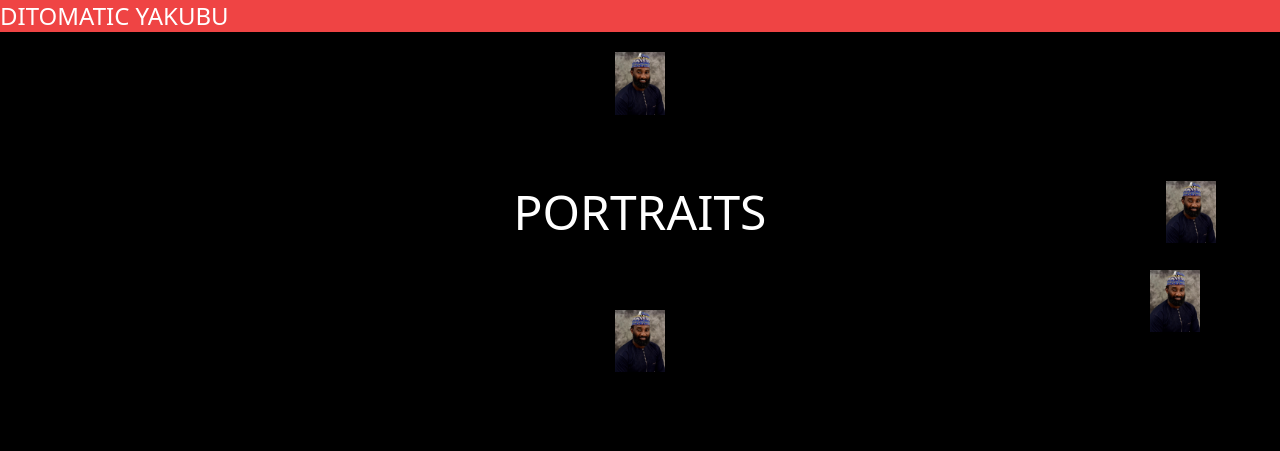
Repository: latenightsnacc/Ditomatic-Demo
Page: home.html
An editor plug-in stored every save of this project. The page is shown before and after the next save, followed by the edit.
The browser window is 1280 px wide. The pictures show the whole page.
Some web libraries are served in a nearby version.

Above is the page before, as saved 2021-02-24 11:24:36.

### home.html
<!DOCTYPE html>
<html lang="en" class="bg-black">
<head>
    <meta charset="UTF-8">
    <meta name="viewport" content="width=device-width, initial-scale=1.0">
    <!--Tailwind 2.0.2-->
    <link href="https://cdnjs.cloudflare.com/ajax/libs/tailwindcss/2.0.2/tailwind.min.css" rel="stylesheet">
    <!--Font Awesome 5.15.1-->
    <link rel="stylesheet" href="https://cdnjs.cloudflare.com/ajax/libs/font-awesome/5.15.1/css/all.min.css" integrity="sha512-+4zCK9k+qNFUR5X+cKL9EIR+ZOhtIloNl9GIKS57V1MyNsYpYcUrUeQc9vNfzsWfV28IaLL3i96P9sdNyeRssA==" crossorigin="anonymous" />
    <!-- Bootstrap 5.0.0 Beta-->
    <!-- <link href="https://cdn.jsdelivr.net/npm/bootstrap@5.0.0-beta1/dist/css/bootstrap.min.css" rel="stylesheet" integrity="sha384-giJF6kkoqNQ00vy+HMDP7azOuL0xtbfIcaT9wjKHr8RbDVddVHyTfAAsrekwKmP1" crossorigin="anonymous" /> -->
    <!--Page Title-->
    <title>Ditomatic Fotografy</title>
</head>
<body>
    <!--Header-->
    <header>
        <nav class="container-sm bg-red-500 flex flex-row justify-between">
            <a href="home.html" class="text-white uppercase text-2xl">Ditomatic Yakubu</a>
            <ul></ul>
        </nav>
    </header>
    <!--End of Header-->
    <div class="my-5"></div>
    <section class="bg-black shadow-2xl">
        <div class="container relative">
            <div class="flex justify-center items-center h-80 group">
                <h2 class="text-white uppercase text-underline text-center text-5xl group-hover:font-black">portraits</h2>
                <div class="absolute center-0 top-0">
                    <img src="images/malePortrait.jpg" width="50px">
                </div>
                <div class="absolute right-16 top-50">
                    <img src="images/malePortrait.jpg" width="50px">
                </div>
                <div class="absolute right-20 bottom-10">
                    <img src="images/malePortrait.jpg" width="50px">
                </div>

                <div class="absolute center-0 bottom-0">
                    <img src="images/malePortrait.jpg" width="50px">
                </div>

            </div>
        </div>
    </section>
</body>
</html>

After the next save:
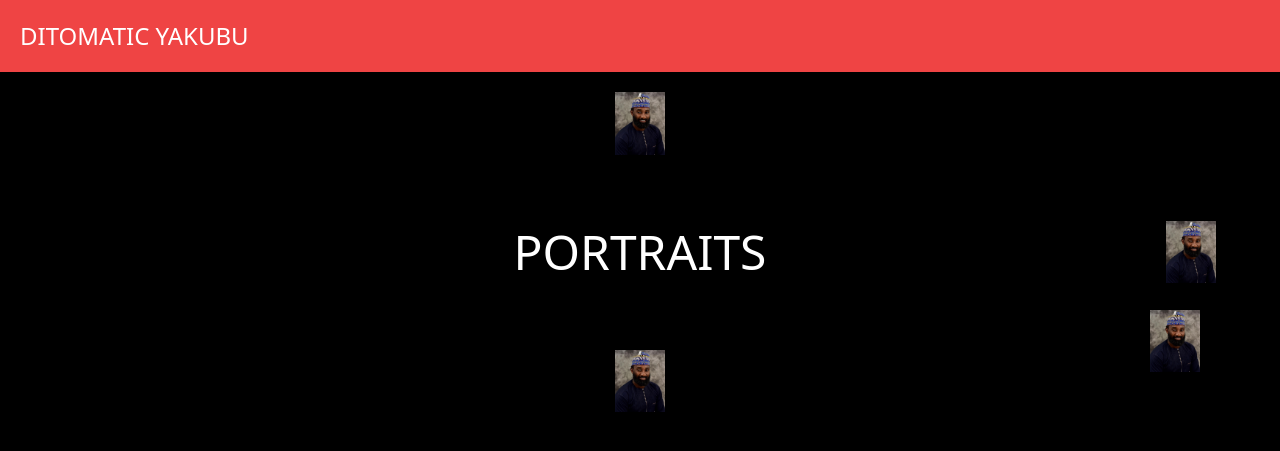
Saved 66 s later.
--- a/home.html
+++ b/home.html
@@ -15,7 +15,7 @@
 <body>
     <!--Header-->
     <header>
-        <nav class="container-sm bg-red-500 flex flex-row justify-between">
+        <nav class="container-sm p-5 bg-red-500 flex flex-row justify-between">
             <a href="home.html" class="text-white uppercase text-2xl">Ditomatic Yakubu</a>
             <ul></ul>
         </nav>
